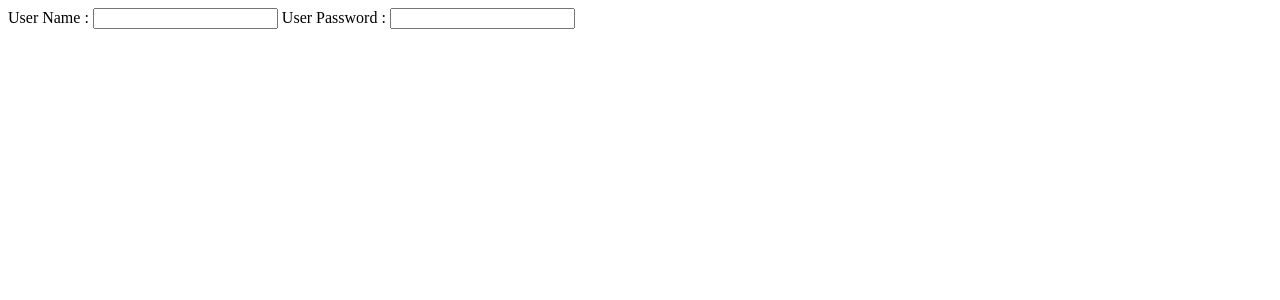
Repository: touhid-jisan/jsp-jdbc-servlet
Page: http://localhost/login-using-servlet/login.jsp
An editor plug-in stored every save of this project. The page is shown before and after the next save, followed by the edit.
The browser window is 1280 px wide. The pictures show the whole page.
The page is served by Tomcat 9.

Above is the page before, as saved 2019-12-30 05:13:02.

After the next save:
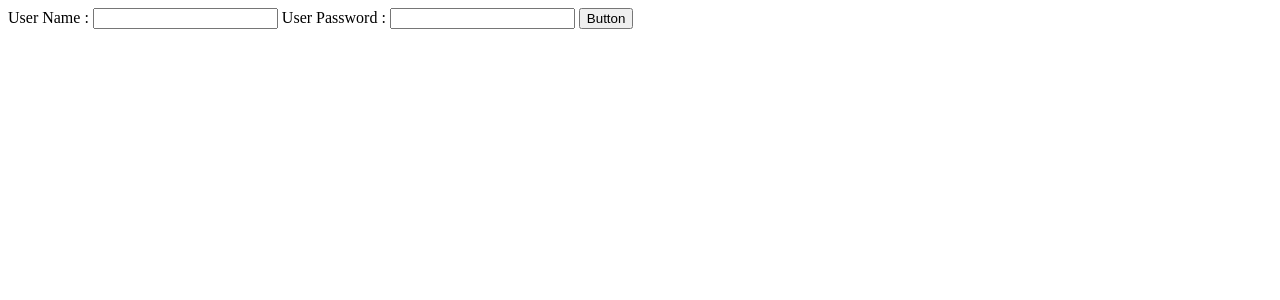
Saved 18 s later.
--- a/login-using-servlet/WebContent/login.jsp
+++ b/login-using-servlet/WebContent/login.jsp
@@ -11,6 +11,7 @@
 User Name : <input type="text" name="uname">
 User Password : <input type="text" name="upass">
 
+<input type="button" value="Button">
 </form>
 
 </body>
